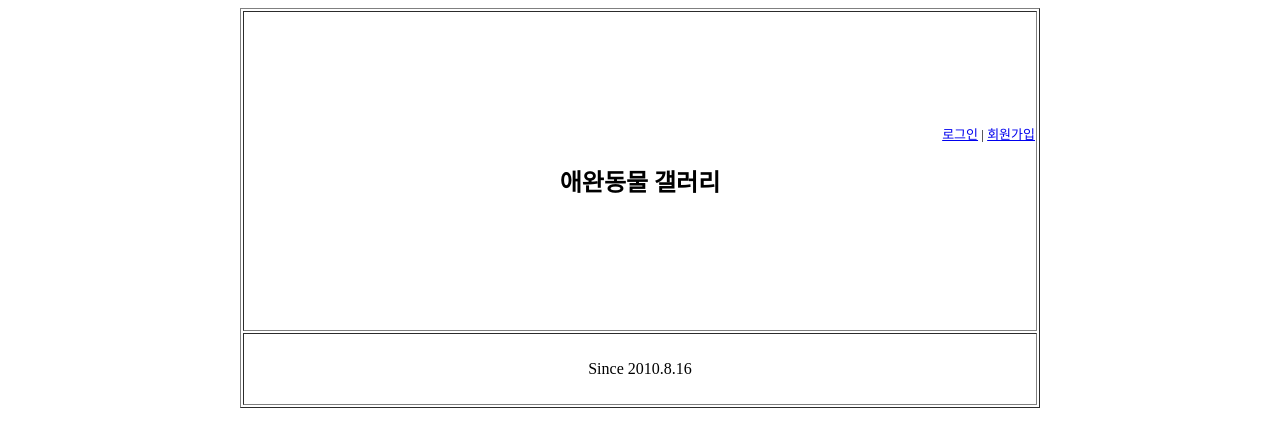
Repository: LTaeHoon/javajsp_ncs
Page: http://localhost/chap03_ActionTag/actionTag/example/index.jsp
An editor plug-in stored every save of this project. The page is shown before and after the next save, followed by the edit.
The browser window is 1280 px wide. The pictures show the whole page.
The page is served by Tomcat 9.

Above is the page before, as saved 2017-01-17 02:00:15.

After the next save:
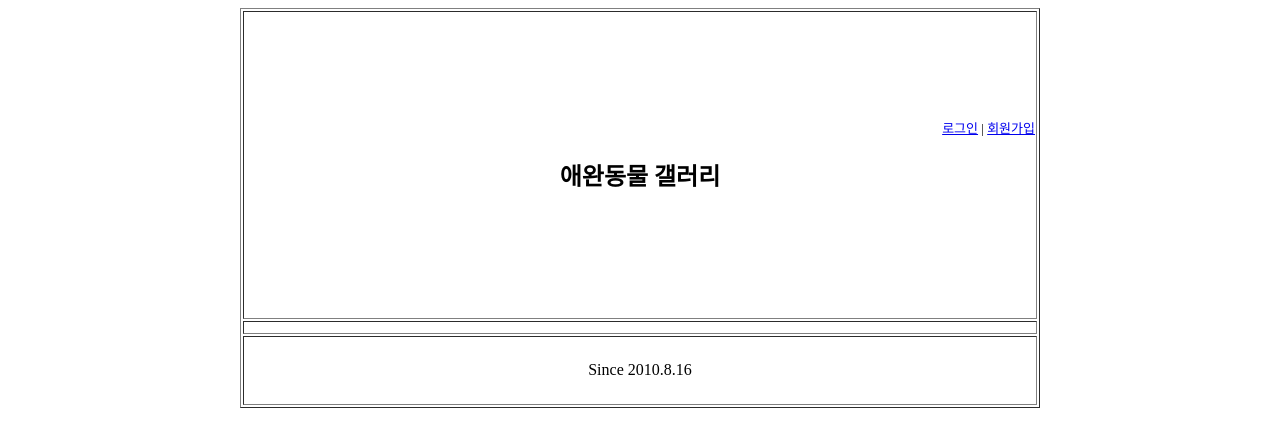
Saved 2 min 5 s later.
--- a/chap03_ActionTag/WebContent/actionTag/example/index.jsp
+++ b/chap03_ActionTag/WebContent/actionTag/example/index.jsp
@@ -16,6 +16,11 @@
            <jsp:include page="top.jsp"/>
          </td>
      </tr>
+     <tr> <!--  본문 페이지 -->
+     	<td>
+
+     	</td>
+     </tr>
      <tr> <!-- 하단 페이지 -->
          <td>
            <jsp:include page="bottom.jsp"/>
